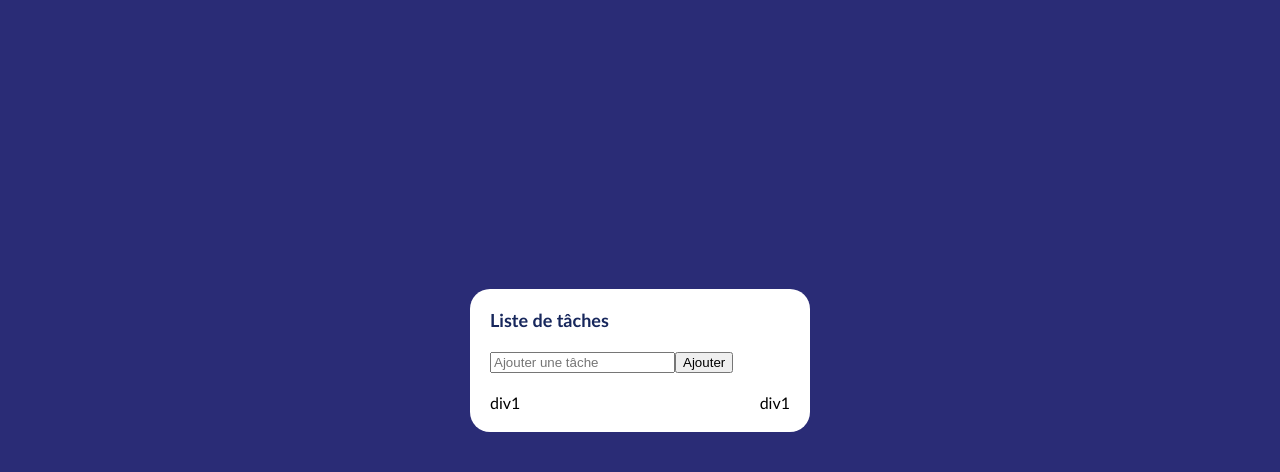
Repository: ndiemenguer/convertisseur
Page: / (app in todo-isep/)
An editor plug-in stored every save of this project. The page is shown before and after the next save, followed by the edit.
The browser window is 1280 px wide. The pictures show the whole page.
The project was rebuilt for these pictures with package versions that can differ from the ones it lists, and the page was loaded fresh each time. Also part of the build but not shown: todo-isep/vite.config.js, todo-isep/src/Application.jsx, todo-isep/src/index.css.

Above is the page before, as saved 2023-05-06 12:18:12.

### todo-isep/src/main.jsx
import React from 'react'
import ReactDOM from 'react-dom/client'
import App from './App.jsx'
import ApplicationDev from './Application.jsx'
import './index.css'


ReactDOM.createRoot(document.getElementById('root')).render(
  <React.StrictMode>
    <App />
  </React.StrictMode>,
)

### todo-isep/src/App.jsx
import "./App.css";

function App() {
  return (
    <>
      <main className="container">
        <div className="title">Liste de tâches</div>
        <div className="input-box">
          <input type="text" placeholder="Ajouter une tâche" />
          <button>Ajouter</button>
        </div>
        <div className="todo-list">
          <div className="todo-box">
            <div>div1</div>
            <div>div1</div>
          </div>
        </div>
      </main>
    </>
  );
}

export default App;

### todo-isep/src/App.css
body {
  background: #2a2c76;
  display: flex;
  height: 100vh;
  width: 100vw;
  margin: 0;
  justify-content: center;
  align-items: center;
  font-family: calibri;
}

.container {
  background: white;
  width: 300px;
  min-height: 100px;
  border-radius: 20px;
  display: flex;
  flex-direction: column;
  gap: 20px;
  padding: 20px;
}

.container .title {
  font-size: 18px;
  font-weight: 600;
  color: #17275c;
}

.input-box {
}

.todo-list {
  display: flex;
  flex-direction: column;
  gap: 10px;
}

.todo-box {
  display: flex;
  justify-content: space-between;
}

Loaded but not shown: todo-isep/index.html (common file)

After the next save:
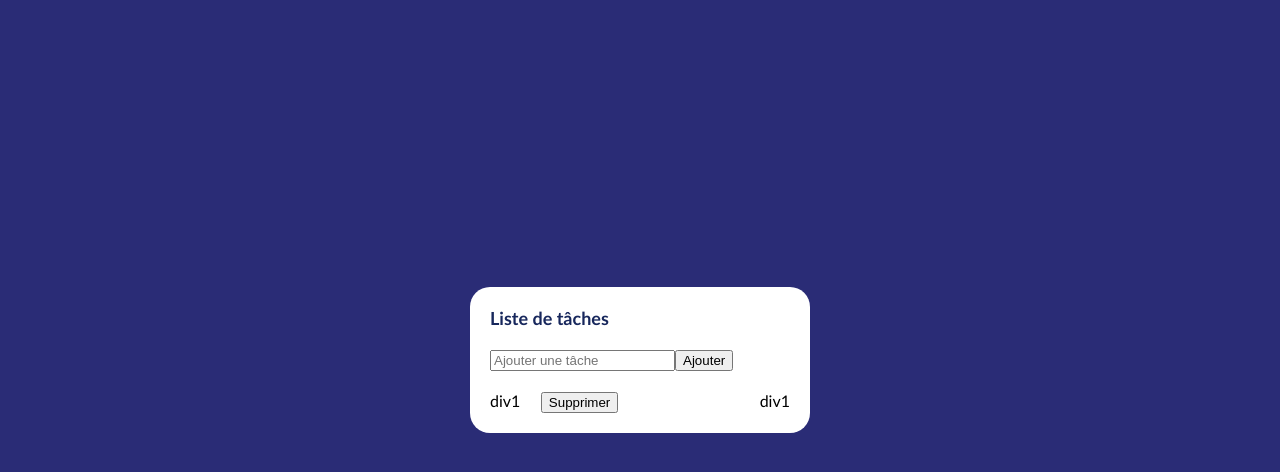
Saved 37 s later.
--- a/todo-isep/src/App.jsx
+++ b/todo-isep/src/App.jsx
@@ -11,7 +11,9 @@ function App() {
         </div>
         <div className="todo-list">
           <div className="todo-box">
-            <div>div1</div>
+            <div>
+              div1 &nbsp;&nbsp;&nbsp; <button>Supprimer</button>
+            </div>
             <div>div1</div>
           </div>
         </div>
